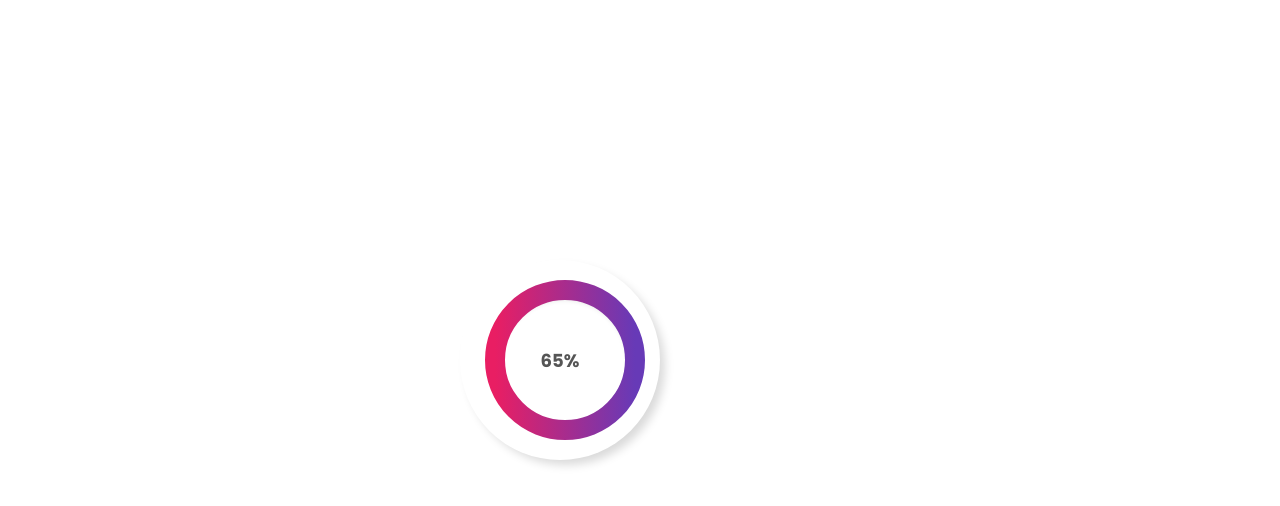
Repository: Ankitkr2021/Loader-Spinner
Page: index.html
These files come from the project's save history. The page is drawn as it stood at one moment and after the next save; the edit follows.
The browser window is 1280 px wide. The pictures show the whole page.

Above is the page before, as saved 2025-10-21 13:25:46.

After the next save:
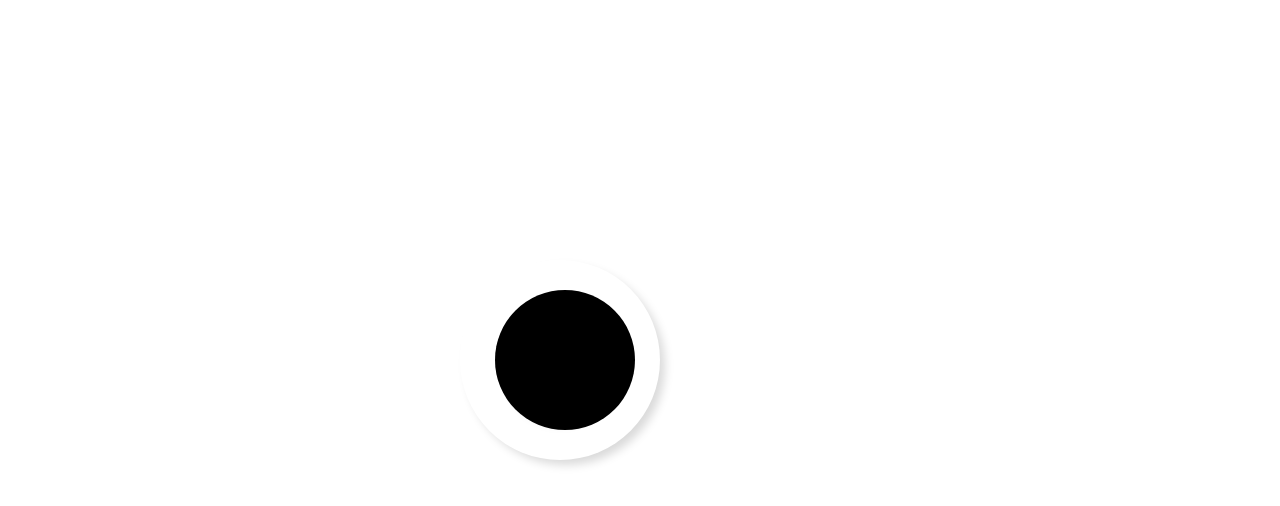
Saved 9 s later.
--- a/style.css
+++ b/style.css
@@ -49,13 +49,13 @@
     color: #555;
 }
 
-circle {
+/* circle {
     fill: none;
     stroke: url(#GradientColor);
     stroke-width: 20px;
     stroke-dasharray: 472;
     stroke-dashoffset: 0;
-}
+} */
 
 svg {
     position: relative;

After the save that followed:
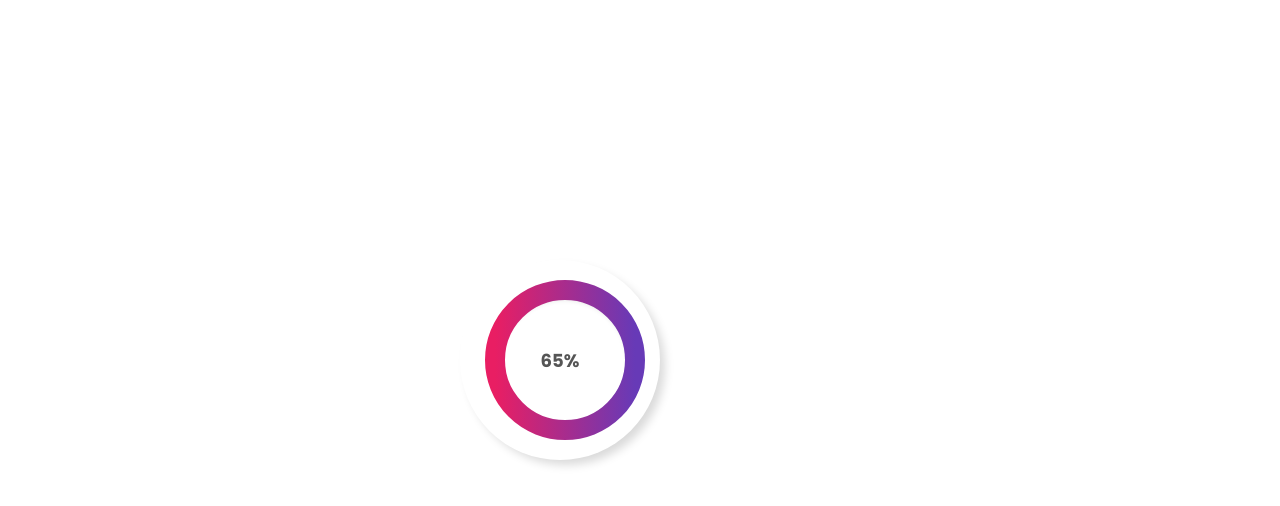
Saved 7 s later.
--- a/style.css
+++ b/style.css
@@ -49,13 +49,13 @@
     color: #555;
 }
 
-/* circle {
+circle {
     fill: none;
     stroke: url(#GradientColor);
     stroke-width: 20px;
     stroke-dasharray: 472;
     stroke-dashoffset: 0;
-} */
+}
 
 svg {
     position: relative;
